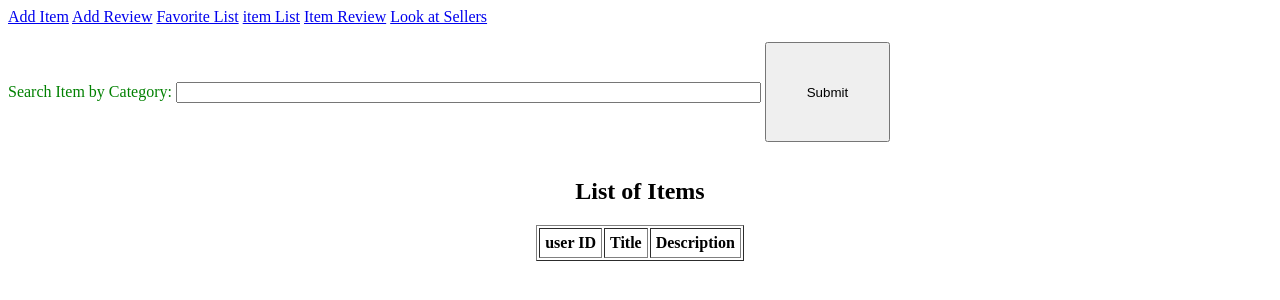
Repository: HamdanM/DatabaseProject
Page: http://localhost/DB3/search.jsp
The author's editor kept a copy of each file at every save. The page is drawn from the files as they stood at one save, then again after the next save.
The browser window is 1280 px wide. The pictures show the whole page.
The page is served by Tomcat 9. Other server files are loaded and not shown. The template is opened directly, without the code that normally fills it, so the values that code supplies are empty.

Above is the page before, as saved 2019-07-25 00:12:33.

### DB3/WebContent/search.jsp
<%@ page language="java" contentType="text/html; charset=ISO-8859-1"
    pageEncoding="ISO-8859-1"%>
  <%@ taglib prefix="c" uri="http://java.sun.com/jsp/jstl/core" %>
<!DOCTYPE html PUBLIC "-//W3C//DTD HTML 4.01 Transitional//EN" "http://www.w3.org/TR/html4/loose.dtd">
<html>
<head>
<meta charset="UTF-8">
<title>Insert title here</title>
</head>
<body>
<a href="addItem.jsp">Add Item</a>
<a href="addReview.jsp">Add Review</a>
<a href="favlist">Favorite List</a>
<a href="list">item List</a>
<a href="itemReview">Item Review</a>
<a href="sellers">Look at Sellers</a>

 <form action="search" method="post">
        <input type="hidden" name="action"" >
        <p style="color:green"><label>Search Item by Category: <input
                    type="text" name="Category"
                    size="70" maxlength="70" />
          <input style="height:100px;width:125px" type="submit" name="submit" value="Submit" />

            </label></p>
 </form>

<div align="center">
        <table border="1" cellpadding="5">
            <caption><h2>List of Items</h2></caption>
            <tr>
                <th>user ID</th>
                <th>Title</th>
                <th>Description</th>

            </tr>
            <c:forEach var="it" items="${itemsList}">
                <tr>
                    <td><c:out value="${it.getItemid()}" /></td>
                    <td><c:out value="${it.getTitle()}" /></td>
                    <td><c:out value="${it.getDescription()}" /></td>

                </tr>
            </c:forEach>
        </table>
    </div>

</body>
</html>

After the next save:
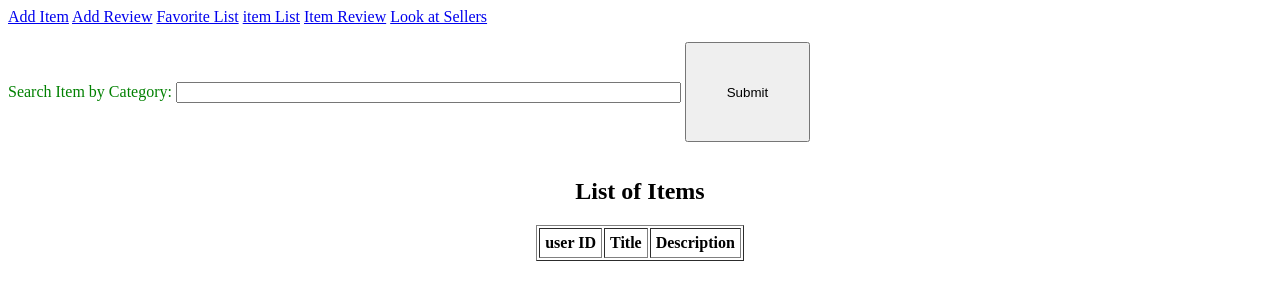
Saved 5 s later.
--- a/DB3/WebContent/search.jsp
+++ b/DB3/WebContent/search.jsp
@@ -19,7 +19,7 @@
         <input type="hidden" name="action"" >
         <p style="color:green"><label>Search Item by Category: <input
                     type="text" name="Category"
-                    size="70" maxlength="70" />
+                    size="60" maxlength="70" />
           <input style="height:100px;width:125px" type="submit" name="submit" value="Submit" />
 
             </label></p>
